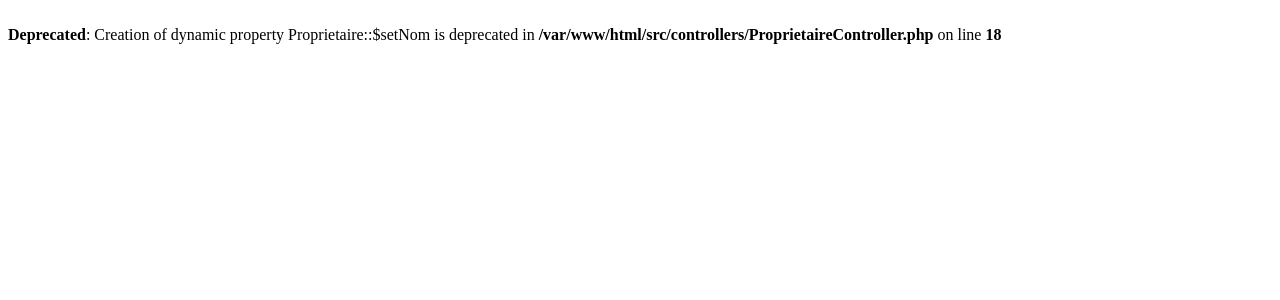
Repository: saliou-t/TS-IMMO
Page: http://localhost/index.php
An editor plug-in stored every save of this project. The page is shown before and after the next save, followed by the edit.
The browser window is 1280 px wide. The pictures show the whole page.
The page is run by PHP 8.4 with error messages shown; the project is at /var/www/html/.

Above is the page before, as saved 2022-04-01 12:18:54.

### index.php
<?php
error_reporting(-1);
ini_set("display_errors", 1);

require_once "config/autoload.php";
require "src/controllers/ProprietaireController.php";
// use src\controller\RoleController;

$role = new ProprietaireController();
$role->add();

### config/autoload.php
<?php
error_reporting(-1);
ini_set("display_errors", 1);

    class Autoload{
        static function register(){
            spl_autoload_register(array(__CLASS__, "autoload"));
        }

        static function autoload($class){
            // die($class);
             if (file_exists("src/controller/".$class.".php")) {
                require_once "src/controller/".$class.".php";
            }
            else if (file_exists("src/model/".$class.".php")) {
                require_once "src/model/".$class.".php";
            }
            else if (file_exists(str_replace("\\", "/", $class. "php"))) {
                require_once str_replace("\\", "/", $class. "php");
            }
            else {
                // require('src/controllers/ProprietaireController.pph');
                echo '404';
            }
        }
    }
    Autoload::register();

    // echo "autolad.....";
?>

### src/controllers/ProprietaireController.php
<?php


class ProprietaireController {
    public function findAll(){
        echo "ici, la fonction findAll()";
    }

    public function add(){
    //    echo "ok";
        // require_once "bootstrap.php";
        require "src/entities/Proprietaire.php";

        // $newProductName = "";

        $proprietaire = new Proprietaire();

        $proprietaire->setNom = "TALLA";

        // // $product->setName($newProductName);

        // // $entityManager->persist($product);
        // // $entityManager->flush();

        // // echo "Created Product with ID " . $product->getId() . "\n";

    }
}

### src/entities/Proprietaire.php
<?php
// src/Product.php
use Doctrine\ORM\Mapping as ORM;


/**
 * @ORM\Entity
 * @ORM\Table(name="proprietaires")
 */
class Proprietaire
{
   /**
     * @ORM\Id
     * @ORM\Column(type="integer")
     * @ORM\GeneratedValue
     */
    protected $id;

    /**
     * @ORM\Column(type="string", nullable=false, length=25)
     */
    protected $nom;

     /**
     * @ORM\Column(type="string", nullable=false, length=25)
     */
    protected $prenom;

     /**
     * @ORM\Column(type="string", nullable=false, length=225)
     */
    protected $adresse;

     /**
     * @ORM\Column(type="string", nullable=false, length=15, unique=true)
     */
    protected $telephone;

    /**
     * @ORM\Column(type="string", nullable=false, length=16, unique=true)
     */
    protected $CNI;

    /**
     * @ORM\Column(type="string", nullable=false, length=16)
     */
    protected $email;


    public function getId()
    {
        return $this->id;
    }

    public function getNom()
    {
        return $this->nom;
    }

    public function setNom($nom)
    {
        $this->nom = $nom;
    }

    public function getPrenom()
    {
        return $this->prenom;
    }

    public function setPrenom($prenom)
    {
        $this->prenom = $prenom;
    }

    public function getAdresse()
    {
        return $this->adresse;
    }

    public function setAdresse($adresse)
    {
        $this->adresse = $adresse;
    }

    public function getTelephone()
    {
        return $this->telephone;
    }

    public function setTelephone($telephone)
    {
        $this->telephone = $telephone;
    }

    public function getCNI()
    {
        return $this->CNI;
    }

    public function setCNI($cni)
    {
        $this->CNI = $cni;
    }

    public function getEmail()
    {
        return $this->email;
    }

    public function setEmail($cni)
    {
        $this->email = $email;
    }

}

After the next save:
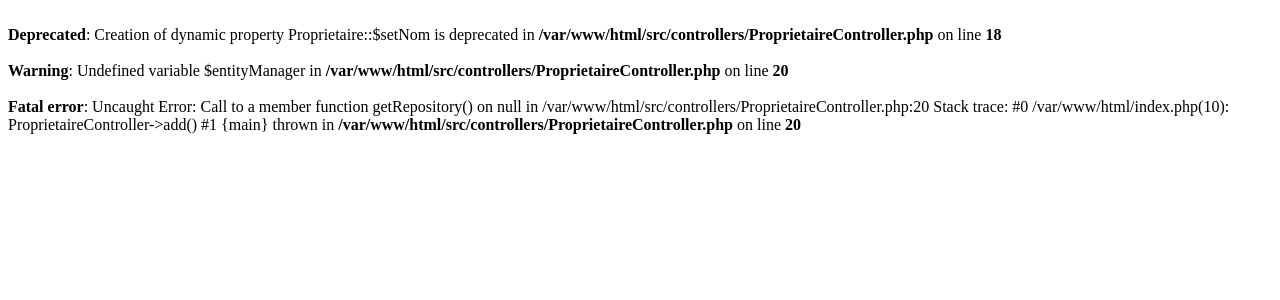
Saved 13 s later.
--- a/src/controllers/ProprietaireController.php
+++ b/src/controllers/ProprietaireController.php
@@ -17,6 +17,12 @@ class ProprietaireController {
 
         $proprietaire->setNom = "TALLA";
 
+        $productRepository = $entityManager->getRepository('Product');
+$products = $productRepository->findAll();
+
+foreach ($products as $product) {
+    echo sprintf("-%s\n", $product->getName());
+}
         // // $product->setName($newProductName);
 
         // // $entityManager->persist($product);
